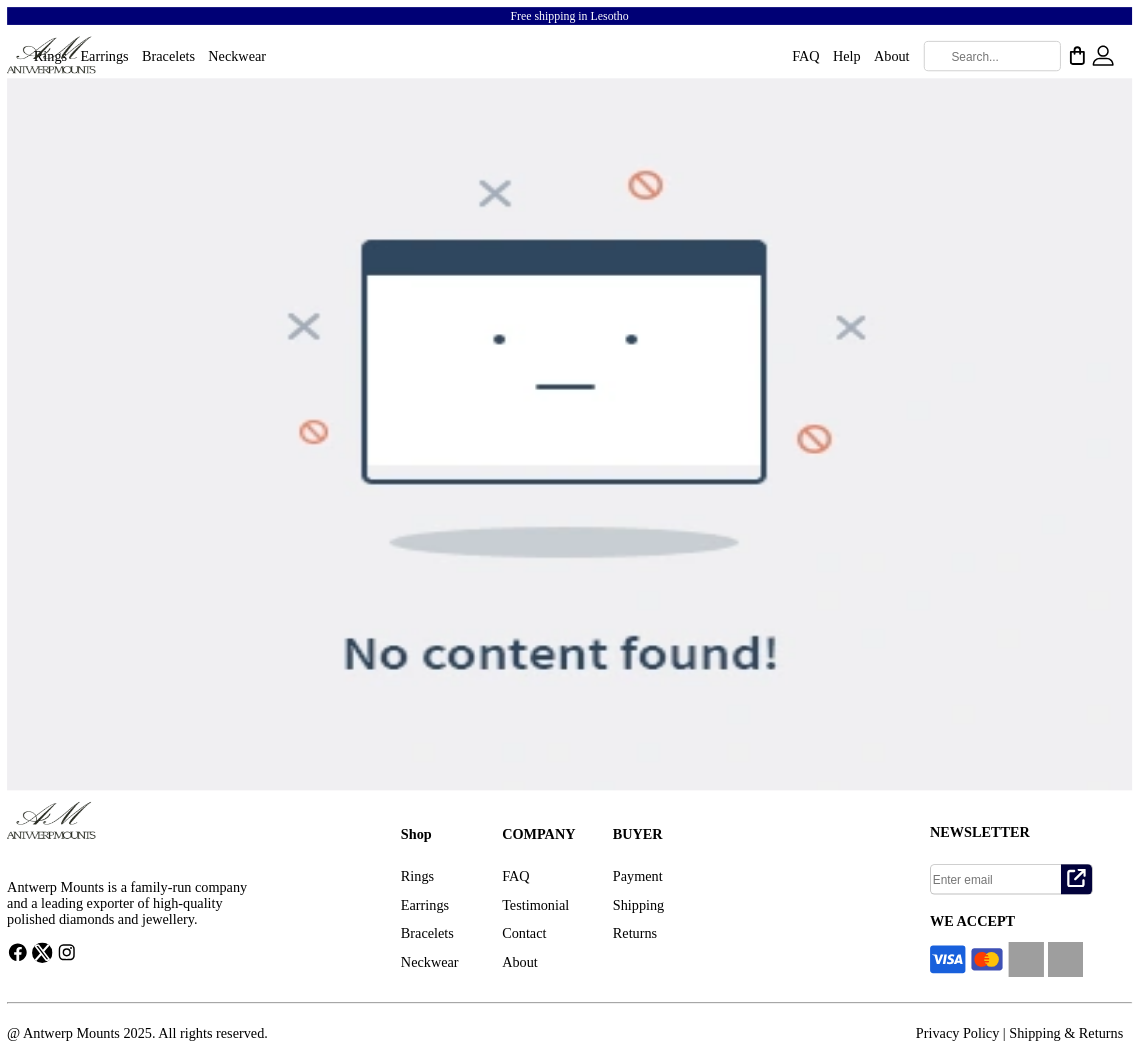
Repository: kea-0424/Web-Development-Project-1
Page: First_collaboration/JewelarySite.html
An editor plug-in stored every save of this project. The page is shown before and after a run of saves, followed by the edit.
The browser window is 1280 px wide. The pictures show the whole page, at 89% of full size.
Pictures or frames that could not be fetched are drawn as grey boxes.

Above is the page before, as saved 2025-01-23 10:56:07.

After the next 5 saves:
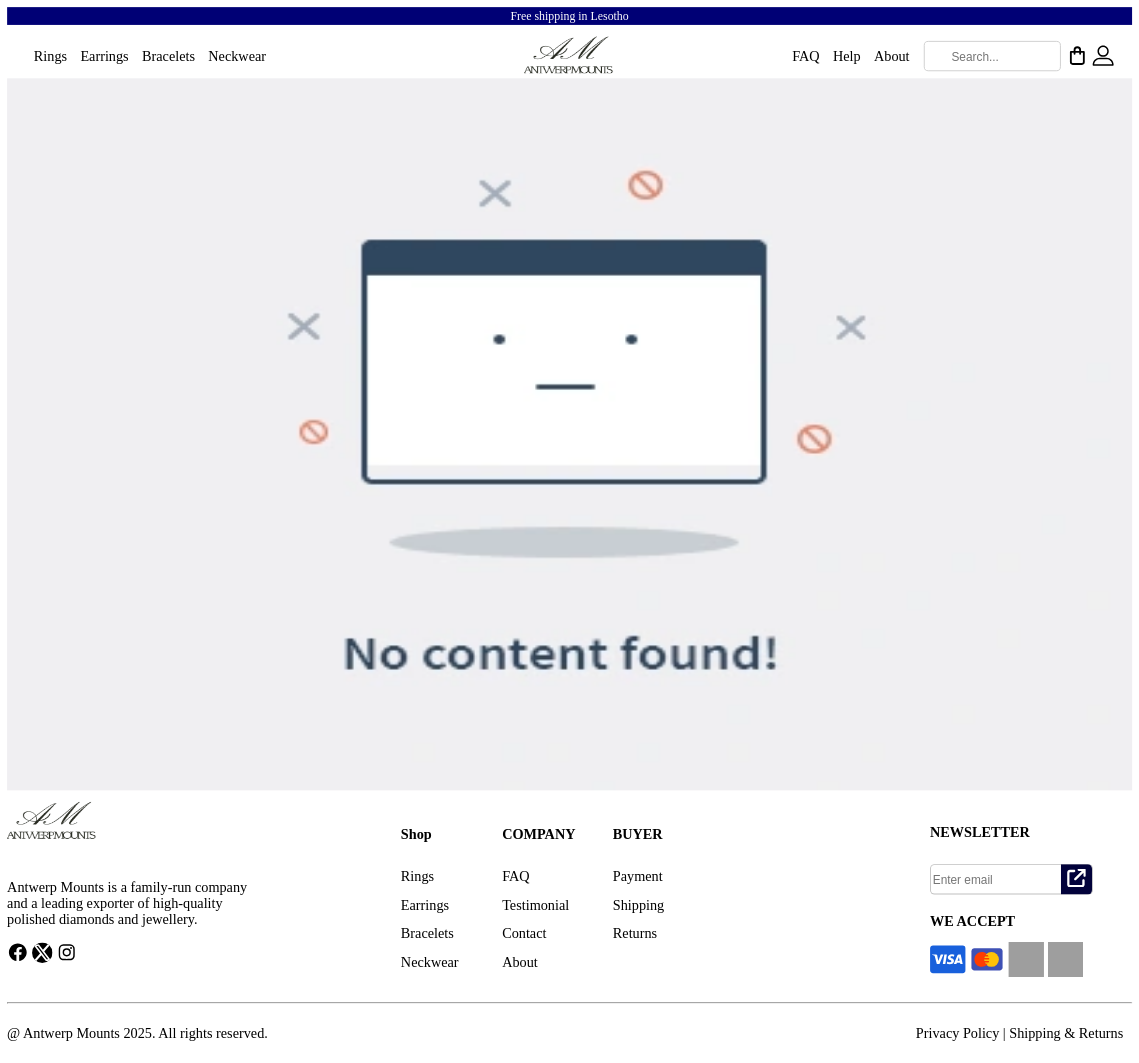
The 5 saves are shown as one change because they came seconds apart.
The last was saved 25 s later.
--- a/First_collaboration/JewelarySite.css
+++ b/First_collaboration/JewelarySite.css
@@ -26,6 +26,7 @@ nav {
 #Nav_logo {
     margin: 0 auto;
     position: absolute;
+    left: 46%;
 }
 .navigations,.navbar_links {
     list-style-type: none;
